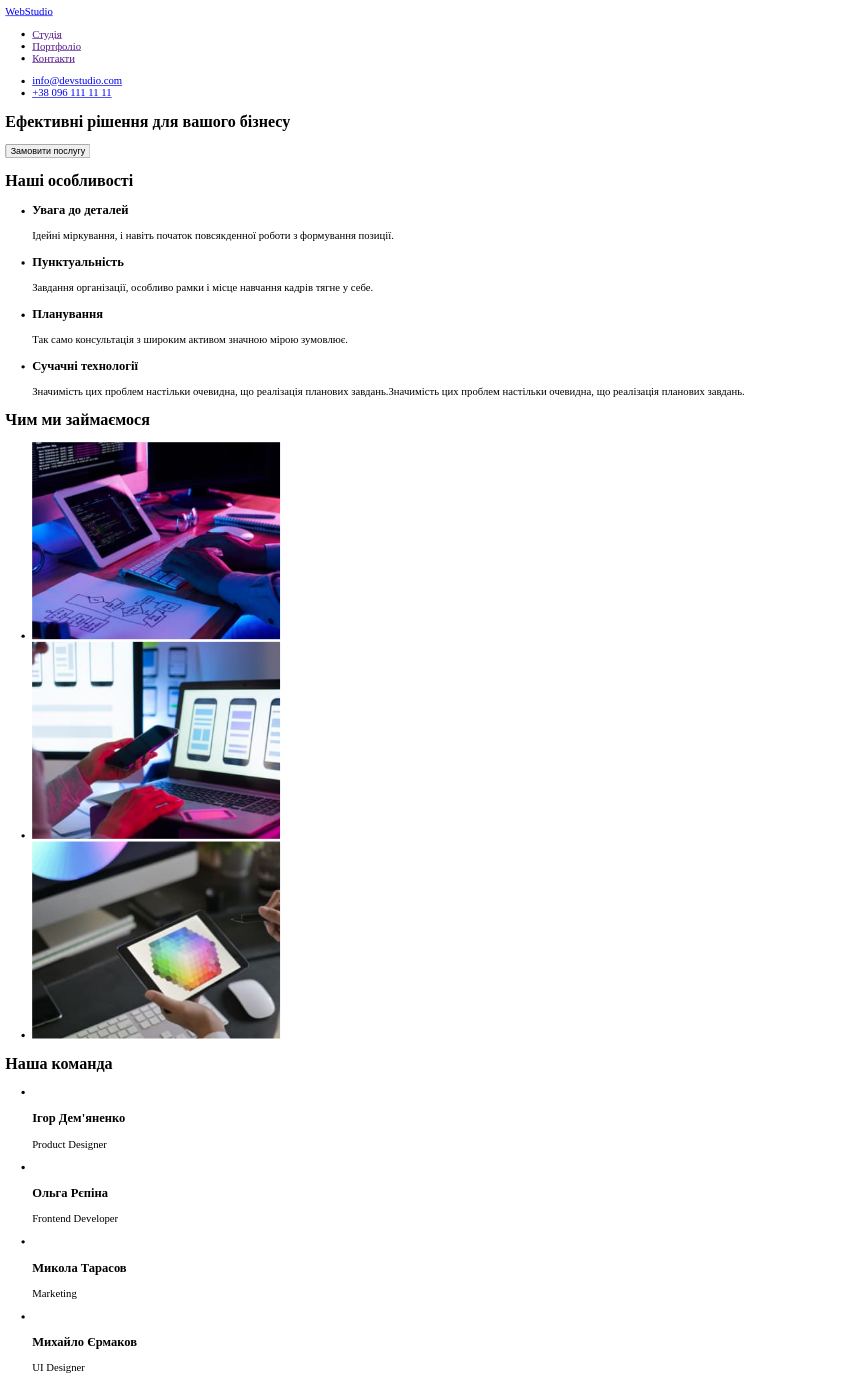
Repository: Mariia2811/goit-markup-hw-03
Page: index.html
An editor plug-in stored every save of this project. The page is shown before and after a run of saves, followed by the edit.
The browser window is 1280 px wide. The pictures show the whole page, at 67% of full size.

Above is the page before, as saved 2022-11-16 17:20:31.

After the next 3 saves:
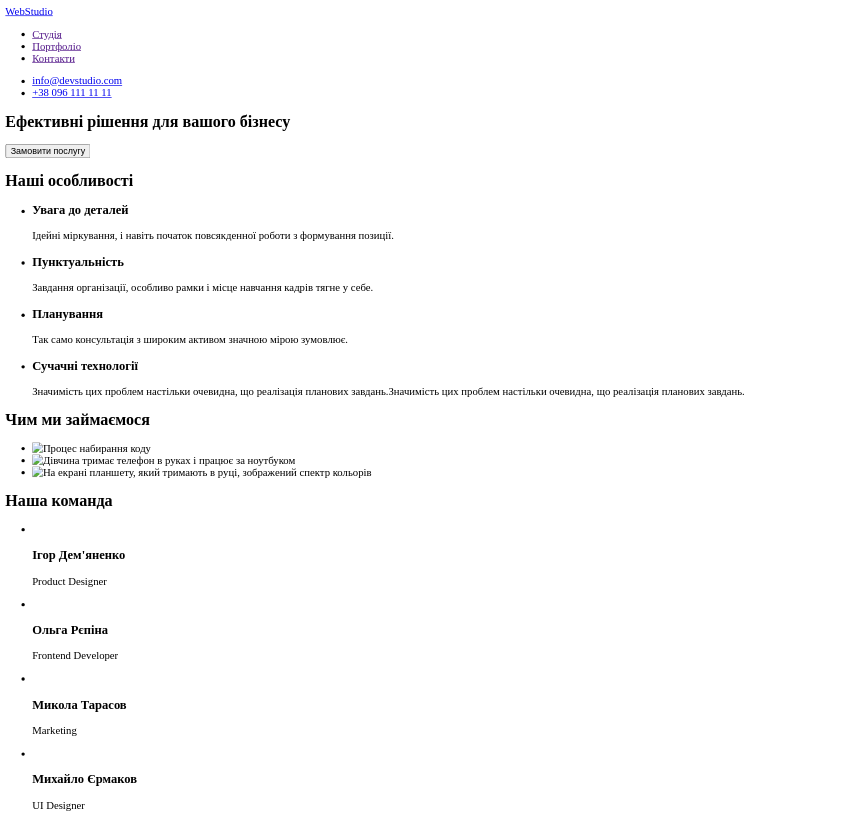
The 3 saves are shown as one change because they came seconds apart.
The last was saved 79 s later.
--- a/index.html
+++ b/index.html
@@ -50,9 +50,9 @@
         <section>
             <h2>Чим ми займаємося</h2>
             <ul>
-                <li><img src="./images/coding.jpg" alt="Процес набирання коду" width="370"></li>
-                <li><img src="./images/optimization.jpg" alt="Дівчина тримає телефон в руках і працює за ноутбуком" width="370"></li>
-                <li><img src="./images/tablet.jpg" alt="На екрані планшету, який тримають в руці, зображений спектр кольорів" width="370"></li>
+                <li><img src="" alt="Процес набирання коду" width="370"></li>
+                <li><img src="" alt="Дівчина тримає телефон в руках і працює за ноутбуком" width="370"></li>
+                <li><img src="" alt="На екрані планшету, який тримають в руці, зображений спектр кольорів" width="370"></li>
             </ul>
         </section>
         <section>
